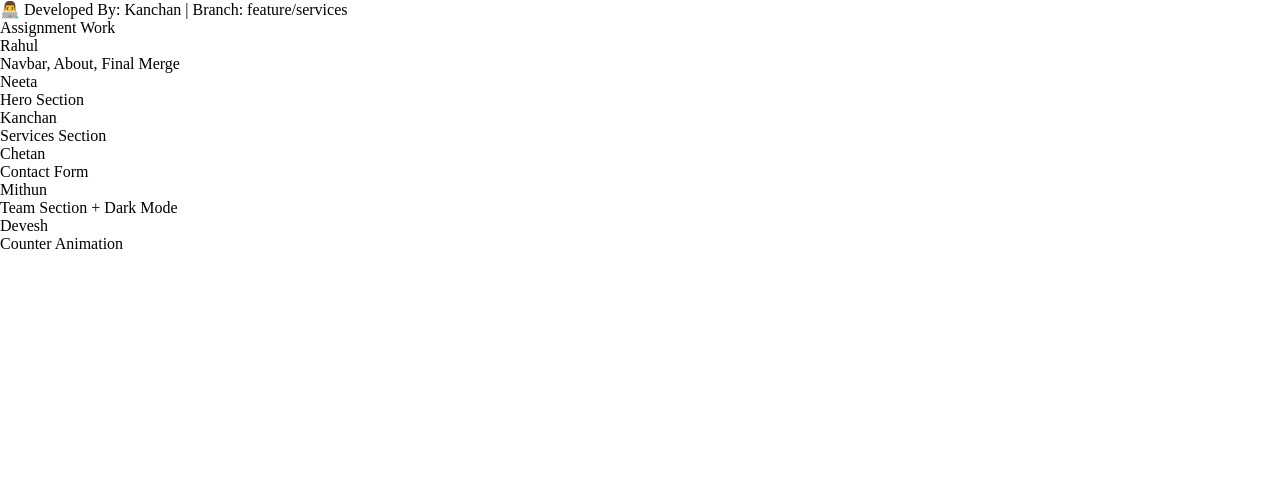
Repository: skill-rahul/sp-app
Page: index.html
The author's editor kept a copy of each file at every save. The page is drawn from the files as they stood at one save, then again after the next save.
The browser window is 1280 px wide. The pictures show the whole page.

Above is the page before, as saved 2026-07-11 15:00:05.

After the next save:
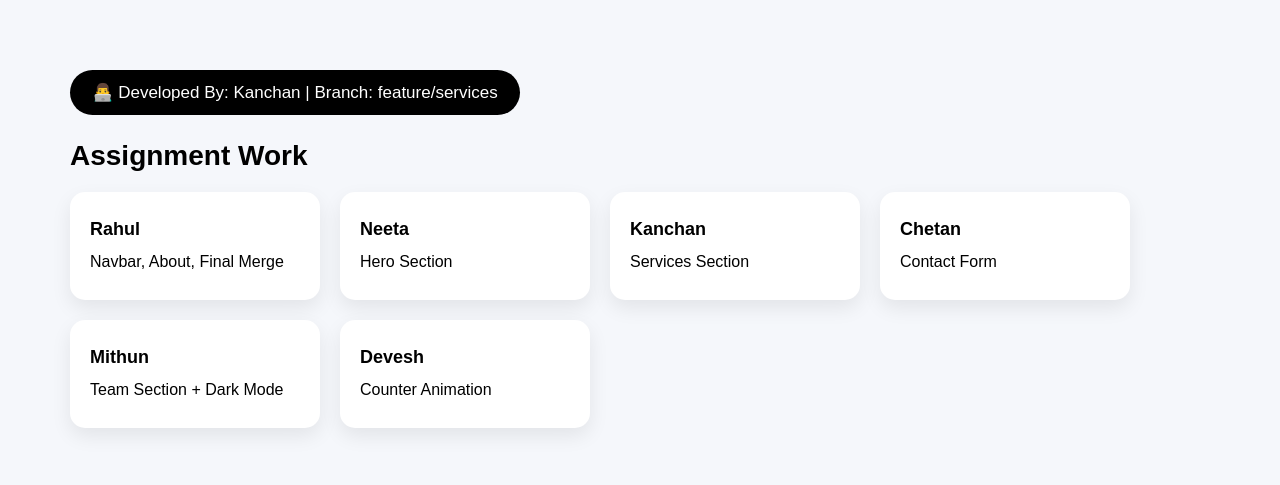
Saved 10 s later.
--- a/css/style.css
+++ b/css/style.css
@@ -5,47 +5,72 @@
 }
 
 body {
-    width: 100vw;
-    height: 100vh;
+    width: 100%;
 }
 
-h2{
-    font-style: italic;
-font-size: xx-large;
+#main-section {
+    width: 100%;
+    background: #F5F7FB;
+    padding: 70px;
 }
 
-#card {
+#heading {
+    width: 450px;
+    height: 45px;
+    background: #000;
+    color: #fff;
+    border-radius: 30px;
     display: flex;
     justify-content: center;
-    padding: 20px;
-    padding-right: 60px;
-    width: 700px;
-    height: 500px;
-    background-color: lightpink;
-    flex-direction: column;
+    align-items: center;
+    font-size: 17px;
+    font-family: sans-serif;
 }
 
-
-#image-section{
-    height: 200px;
-    width: 700px;
-    display: flex;
-    flex-direction: row;
-    gap: 10px;
+#assignment {
+    margin-top: 25px;
+    margin-bottom: 20px;
 }
 
-.div1{
-    height: 200px;
-    width: 200px;
-    background-color: #fff;
+#assignment span {
+    font-size: 28px;
+    font-weight: bold;
+    font-family: sans-serif;
 }
 
-.div2{
-    height: 200px;
-    width: 200px;
-    background-color: #fff;
-}.div3{
-    height: 200px;
-    width: 200px;
-    background-color: #fff;
+#box {
+    display: flex;
+    flex-wrap: wrap;
+    gap: 20px;
 }
+
+.card {
+    width: 250px;
+    height: 15vh;
+    background: #fff;
+    border-radius: 15px;
+    padding: 20px;
+    display: flex;
+    flex-direction: column;
+    justify-content: center;
+    box-shadow: 0 8px 20px rgba(0, 0, 0, 0.08);
+    transition: .3s;
+}
+
+/* .card:hover {
+    transform: translateY(-5px);
+    box-shadow: 0 15px 30px rgba(0, 0, 0, 0.15);
+} */
+
+.card span {
+    font-size: 18px;
+    font-weight: bold;
+    font-family: sans-serif;
+    margin-bottom: 10px;
+}
+
+.card p {
+    font-size: 16px;
+    font-family: sans-serif;
+    line-height: 24px;
+}
